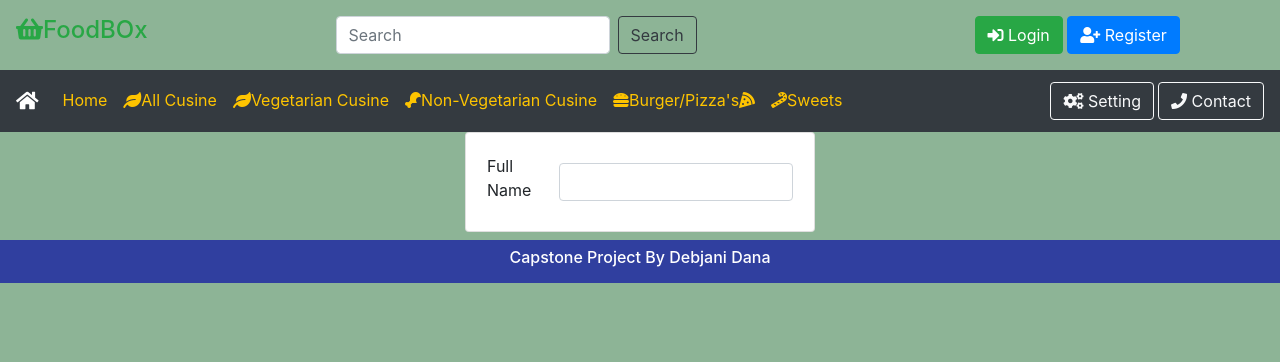
Repository: debjaniprofessional32/Capstone-Final-FoodBox-Delivery-Project
Page: http://localhost/OnlinFoodBOX/Edit_Profile.jsp
These files come from the project's save history. The page is drawn as it stood at one moment and after the next save; the edit follows.
The browser window is 1280 px wide. The pictures show the whole page.
Some web libraries are served in a nearby version. The page is served by Tomcat 9. Other server files are loaded and not shown.

Above is the page before, as saved 2022-12-23 11:19:49.

### OnlinFoodBOX/src/main/webapp/Edit_Profile.jsp
<%@ page language="java" contentType="text/html; charset=ISO-8859-1"
    pageEncoding="ISO-8859-1"%>
<!DOCTYPE html>
<html>
<head>
<meta charset="ISO-8859-1">
<title>Edit Profile</title>
<%@include file="all_Component/allCss.jsp"%>
</head>
<body style="background-color:#8DB496 ">
<%@include file="all_Component/navbar.jsp"%>

<div class="container">
<div class="row">
<div class="col-md-4 offset-md-4">
<div class="card">
<div class="card-body">
<form class="form-horizontal" action="" method="">

<table>
<tr>
<td>
    <label for="exampleInputEmail1">Full Name</label>
    </td>
    <td>
    <input type="text" class="form-control" name="fname" id="exampleInputEmail1" aria-describedby="emailHelp" required="required">
 </td>
 </tr>









</table>





</form>


</div>



</div>


</div>




</div>




</div>


	<%@include file="all_Component/footer.jsp"%>

</body>
</html>

### OnlinFoodBOX/src/main/webapp/all_Component/allCss.jsp
<link rel="stylesheet"
	href="https://cdn.jsdelivr.net/npm/bootstrap@4.0.0/dist/css/bootstrap.min.css"
	integrity="sha384-Gn5384xqQ1aoWXA+058RXPxPg6fy4IWvTNh0E263XmFcJlSAwiGgFAW/dAiS6JXm"
	crossorigin="anonymous">
<script src="https://code.jquery.com/jquery-3.2.1.slim.min.js"
	integrity="sha384-KJ3o2DKtIkvYIK3UENzmM7KCkRr/rE9/Qpg6aAZGJwFDMVNA/GpGFF93hXpG5KkN"
	crossorigin="anonymous"></script>
<script
	src="https://cdn.jsdelivr.net/npm/popper.js@1.12.9/dist/umd/popper.min.js"
	integrity="sha384-ApNbgh9B+Y1QKtv3Rn7W3mgPxhU9K/ScQsAP7hUibX39j7fakFPskvXusvfa0b4Q"
	crossorigin="anonymous"></script>
<script
	src="https://cdn.jsdelivr.net/npm/bootstrap@4.0.0/dist/js/bootstrap.min.js"
	integrity="sha384-JZR6Spejh4U02d8jOt6vLEHfe/JQGiRRSQQxSfFWpi1MquVdAyjUar5+76PVCmYl"
	crossorigin="anonymous"></script>
<link rel="stylesheet"
	href="https://cdnjs.cloudflare.com/ajax/libs/font-awesome/5.15.3/css/all.min.css"
	integrity="sha512-iBBXm8fW90+nuLcSKlbmrPcLa0OT92xO1BIsZ+ywDWZCvqsWgccV3gFoRBv0z+8dLJgyAHIhR35VZc2oM/gI1w=="
	crossorigin="anonymous" referrerpolicy="no-referrer" />

### OnlinFoodBOX/src/main/webapp/all_Component/navbar.jsp
 <%@ taglib prefix="c" uri="http://java.sun.com/jsp/jstl/core" %>
 <%@ page isELIgnored = "false" %>
 <style type="text/css">
 .navbar {
     background: #000000
 }

 .nav-item::after {
     content: '';
     display: block;
     width: 0px;
     height: 2px;
     background: #fec400;
     transition: 0.4s
 }

 .nav-item:hover::after {
     width: 100%
 }

 .navbar-dark .navbar-nav .active>.nav-link,
 .navbar-dark .navbar-nav .nav-link.active,
 .navbar-dark .navbar-nav .nav-link.show,
 .navbar-dark .navbar-nav .show>.nav-link,
 .navbar-dark .navbar-nav .nav-link:focus,
 .navbar-dark .navbar-nav .nav-link:hover {
     color: #fec400
 }

 .nav-link {
     padding: 10px 5px;
     transition: 0.2s
 }

 body{
     background-color:grey;
 }
</style>
<div class="container-fluid p-3">
	<div class="row">

		<div class="col-md-3 text-success">

<h4><i class='fa fa-shopping-basket'></i>FoodBOx</h4>
		</div>

		<div class="col-md-6">
			<form class="form-inline my-2 my-lg-0">
				<input class="form-control mr-sm-2" type="search"
					placeholder="Search" aria-label="Search">
				<button class="btn btn-outline-dark my-2 my-sm-0" type="submit">Search</button>
			</form>
		</div>
		<c:if test="${not empty userobj}">
		<div class="col-md-3">
		    <a href="checkout.jsp" class="mt-6"><i class='fas fa-cart-plus fa-2x '></i></a>
			<a href="login.jsp" class="btn btn-success"><i class='fas fa-user-plus'></i>&nbsp;${userobj.name}</a>
			<a href="logout" class="btn btn-primary "><i class='fas fa-sign-in-alt'></i>&nbsp;Logout</a>
		</div>

		</c:if>
		<c:if test="${empty userobj}">
		<div class="col-md-3">
			<a href="login.jsp" class="btn btn-success"><i class='fas fa-sign-in-alt'></i>&nbsp;Login</a>
			<a href="rejister.jsp" class="btn btn-primary "><i class='fas fa-user-plus'></i>&nbsp;Register</a>
		</div>

		</c:if>

	</div>



</div>


<nav class="navbar navbar-expand-lg navbar-dark bg-dark">
  <a class="navbar-brand " href="#"><i class="fas fa-home"></i></a>
  <button class="navbar-toggler" type="button" data-toggle="collapse" data-target="#navbarSupportedContent" aria-controls="navbarSupportedContent" aria-expanded="false" aria-label="Toggle navigation">
    <span class="navbar-toggler-icon"></span>
  </button>

  <div class="collapse navbar-collapse" id="navbarSupportedContent">
    <ul class="navbar-nav mr-auto">
      <li class="nav-item active "><a class="nav-link " href="index.jsp">Home <span class="sr-only">(current)</span></a></li>
      <li class="nav-item active"><a class="nav-link" href="all_veg.jsp"><i class="fa fa-leaf"></i>All Cusine</a></li>
      <li class="nav-item active"><a class="nav-link" href="all_veg1.jsp"><i class="fa fa-leaf"></i>Vegetarian Cusine</a></li>
      <li class="nav-item active"><a class="nav-link " href="all_nonveg.jsp"><i class='fas fa-drumstick-bite'></i>Non-Vegetarian Cusine</a></li>
      <li class="nav-item active"><a class="nav-link " href="all_Bpizza.jsp"><i class='fas fa-hamburger'></i>Burger/Pizza's<i class='fas fa-pizza-slice'></i></a></li>
      <li class="nav-item active"><a class="nav-link " href="all_sweet.jsp"><i class='fas fa-candy-cane'></i>Sweets</a></li>
    </ul>
    <form class="form-inline my-2 my-lg-0">
     <a class="btn btn-outline-light my-2 my-sm-0" href="setting.jsp" class="outline-light"><i class='fa fa-cogs '></i>&nbsp;Setting</a>
      <button class="btn btn-outline-light my-2 my-sm-0 ml-1" type="submit"><i class='fa fa-phone'></i>&nbsp;Contact</button>
    </form>
  </div>
</nav>

### OnlinFoodBOX/src/main/webapp/all_Component/footer.jsp
<div class="container-fluid text-center text-white p-2 mt-2" style="background-color:#303f9f;">
<h6>Capstone Project By Debjani Dana</h6>

</div>

After the next save:
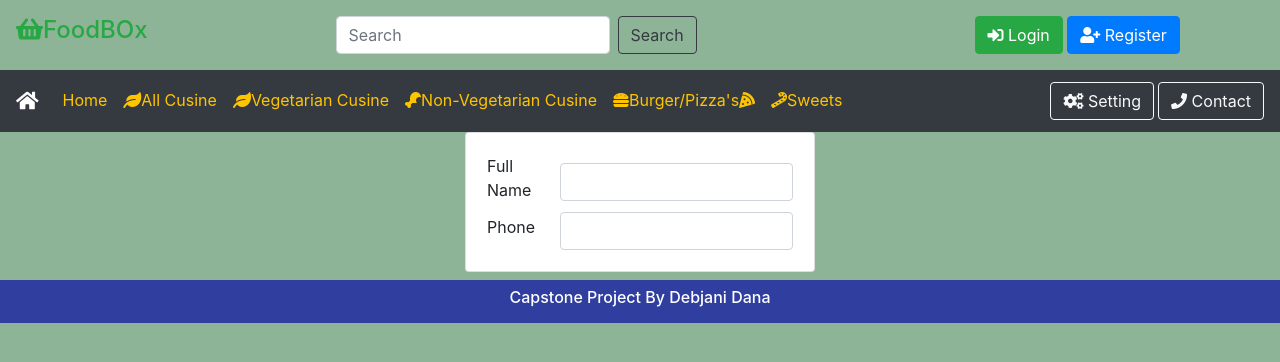
Saved 26 s later.
--- a/OnlinFoodBOX/src/main/webapp/Edit_Profile.jsp
+++ b/OnlinFoodBOX/src/main/webapp/Edit_Profile.jsp
@@ -26,7 +26,14 @@
     <input type="text" class="form-control" name="fname" id="exampleInputEmail1" aria-describedby="emailHelp" required="required">
  </td>
  </tr>
-
+ <tr>
+ <td>
+    <label for="exampleInputEmail1">Phone</label>
+    </td>
+    <td>
+    <input type="number" class="form-control" name="phone" id="exampleInputEmail1" aria-describedby="emailHelp" required="required"">
+ </td>
+ </tr>
 
 
 
